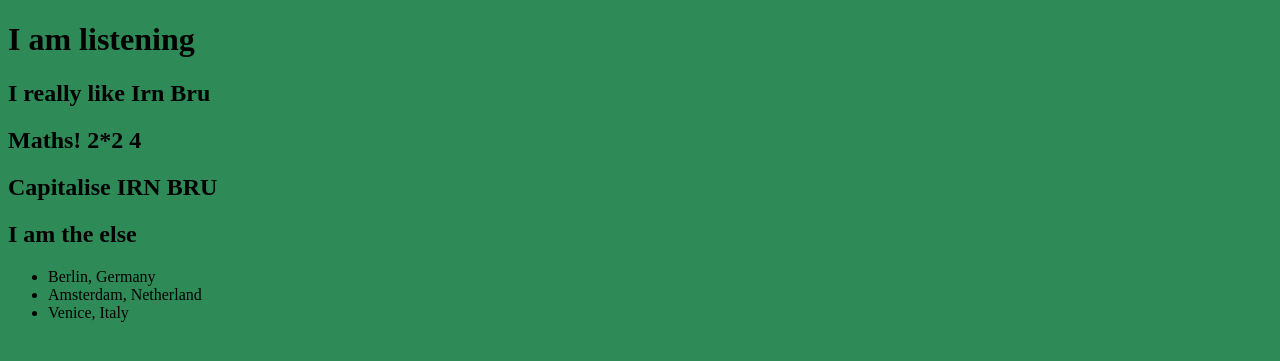
Repository: sinemgcmn/ImageBoard
Page: public/index.html
The author's editor kept a copy of each file at every save. The page is drawn from the files as they stood at one save, then again after the next save.
The browser window is 1280 px wide. The pictures show the whole page.

Above is the page before, as saved 2021-02-25 15:45:34.

After the next save:
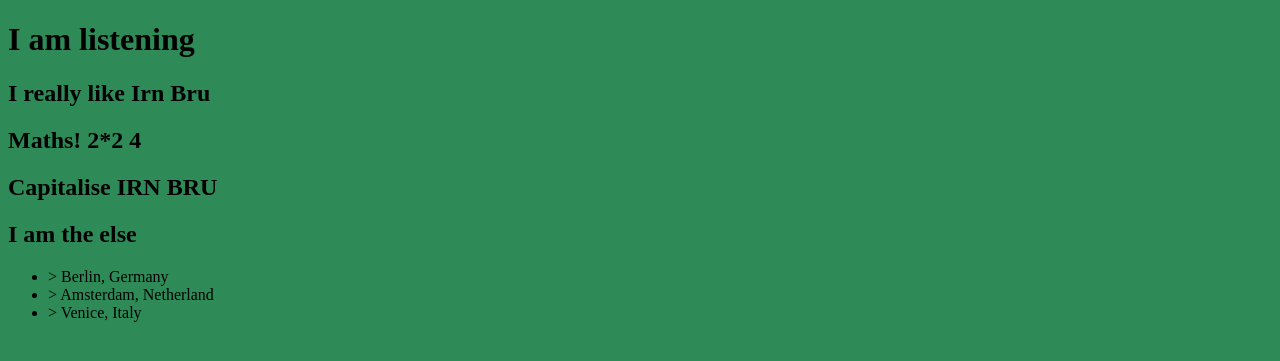
Saved 40 s later.
--- a/public/index.html
+++ b/public/index.html
@@ -15,6 +15,7 @@
         <ul>
             <li v-for="city in cities"
             :key="city.id"
+            @click="handleClick">
             >
             {{city.name}}, {{city.country}}
             </li>

After the save that followed:
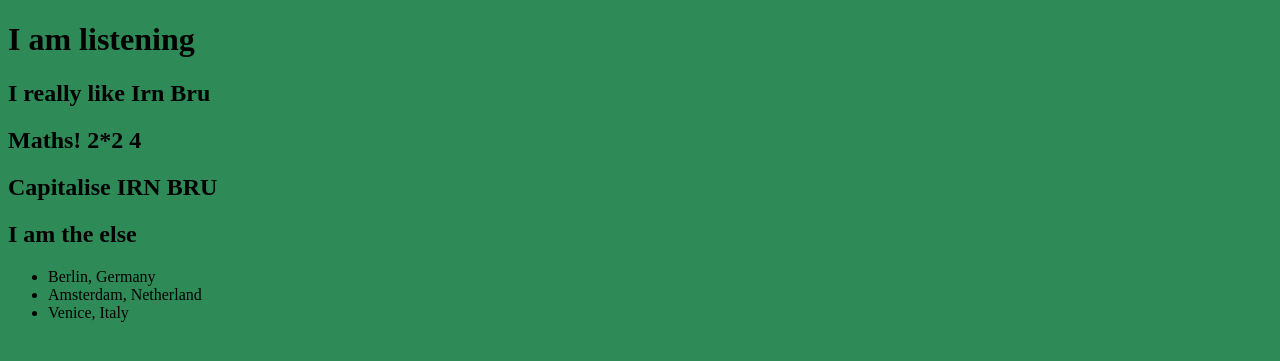
Saved 9 min 35 s later.
--- a/public/index.html
+++ b/public/index.html
@@ -16,7 +16,7 @@
             <li v-for="city in cities"
             :key="city.id"
             @click="handleClick">
-            >
+
             {{city.name}}, {{city.country}}
             </li>
         </ul>
